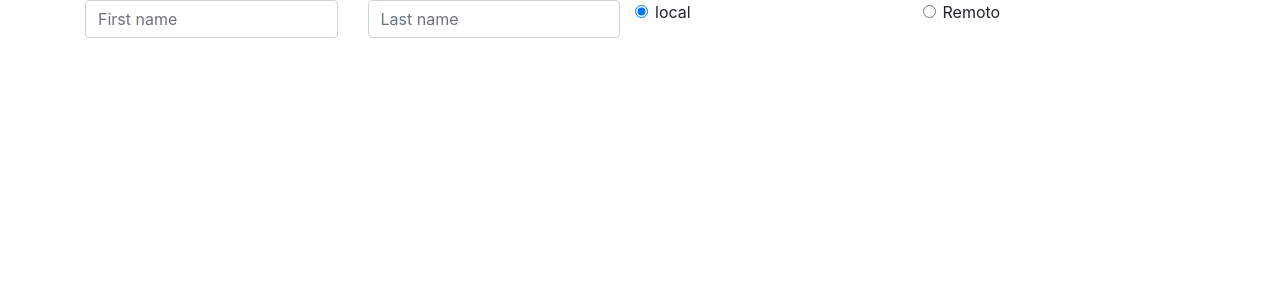
Repository: marisaoliva/poc-execute-cmd
Page: index.html
The author's editor kept a copy of each file at every save. The page is drawn from the files as they stood at one save, then again after the next save.
The browser window is 1280 px wide. The pictures show the whole page.

Above is the page before, as saved 2019-03-01 14:51:47.

### index.html
<html>
    <head>
        <link rel="stylesheet" href="https://stackpath.bootstrapcdn.com/bootstrap/4.3.1/css/bootstrap.min.css" integrity="sha384-ggOyR0iXCbMQv3Xipma34MD+dH/1fQ784/j6cY/iJTQUOhcWr7x9JvoRxT2MZw1T" crossorigin="anonymous">
    </head>
    <body>
        <div class='container'>

              <form>
                <div class="row">
                    <div class="col">
                        <input type="text" class="form-control" placeholder="First name">
                    </div>
                    <div class="col">
                        <input type="text" class="form-control" placeholder="Last name">
                    </div>
                    <div class="form-check col">
                        <input class="form-check-input" type="radio" name="exampleRadios" id="exampleRadios1" value="option1" checked>
                        <label class="form-check-label" for="exampleRadios1">
                             local
                        </label>
                    </div>
                    <div class="form-check col">
                        <input class="form-check-input" type="radio" name="exampleRadios" id="exampleRadios2" value="option2">
                        <label class="form-check-label" for="exampleRadios2">
                        Remoto
                        </label>
                    </div>
                </div>
              </form>
        </div>
    </body>
</html>

After the next save:
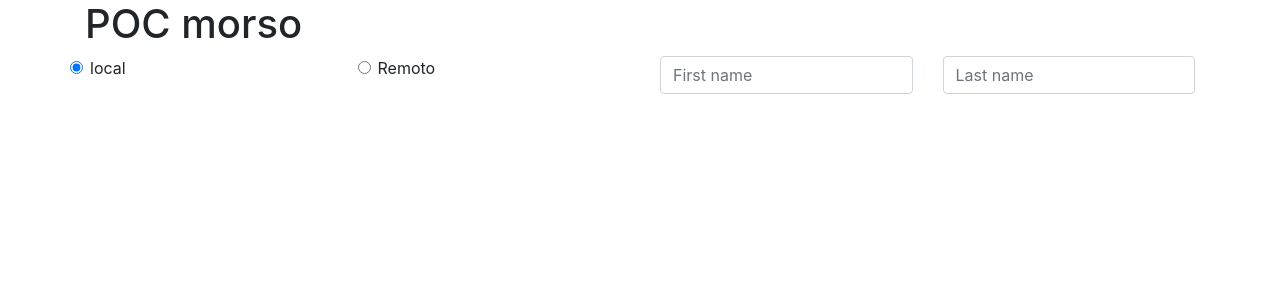
Saved 29 s later.
--- a/index.html
+++ b/index.html
@@ -4,19 +4,13 @@
     </head>
     <body>
         <div class='container'>
-
+            <h1>POC morso</h1>
               <form>
                 <div class="row">
-                    <div class="col">
-                        <input type="text" class="form-control" placeholder="First name">
-                    </div>
-                    <div class="col">
-                        <input type="text" class="form-control" placeholder="Last name">
-                    </div>
                     <div class="form-check col">
                         <input class="form-check-input" type="radio" name="exampleRadios" id="exampleRadios1" value="option1" checked>
                         <label class="form-check-label" for="exampleRadios1">
-                             local
+                                local
                         </label>
                     </div>
                     <div class="form-check col">
@@ -25,6 +19,13 @@
                         Remoto
                         </label>
                     </div>
+                    <div class="col">
+                        <input type="text" class="form-control" placeholder="First name">
+                    </div>
+                    <div class="col">
+                        <input type="text" class="form-control" placeholder="Last name">
+                    </div>
+
                 </div>
               </form>
         </div>
